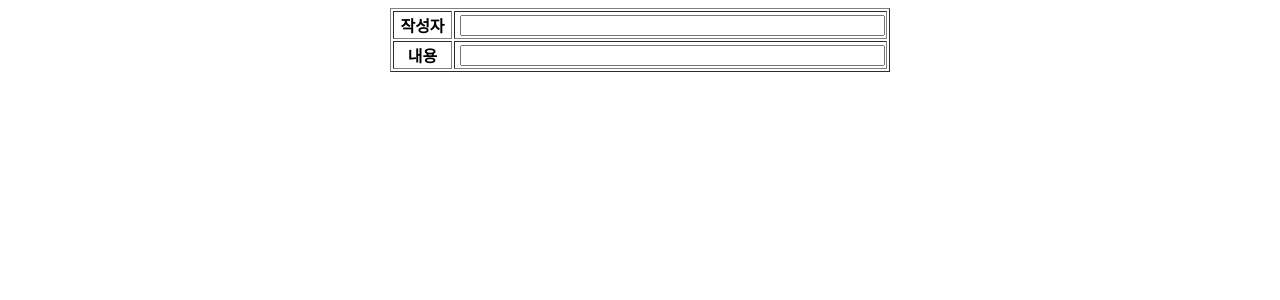
Repository: noopzzya/study_jsp_globalin
Page: ServletProject/src/main/webapp/bbs/write.html
The author's editor kept a copy of each file at every save. The page is drawn from the files as they stood at one save, then again after the next save.
The browser window is 1280 px wide. The pictures show the whole page.

Above is the page before, as saved 2023-01-30 00:48:11.

After the next save:
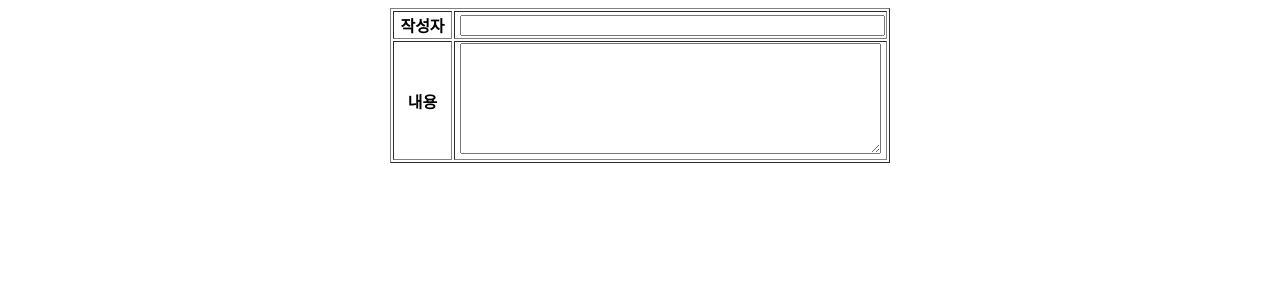
Saved 29 s later.
--- a/ServletProject/src/main/webapp/bbs/write.html
+++ b/ServletProject/src/main/webapp/bbs/write.html
@@ -21,7 +21,7 @@
 			<th>내용</th>
 
 			<td>
-				&nbsp;<input type="text" name="writer" size="50">
+				&nbsp;<textarea rows="7" cols="50"></textarea>
 			</td>
 		</tr>
 
